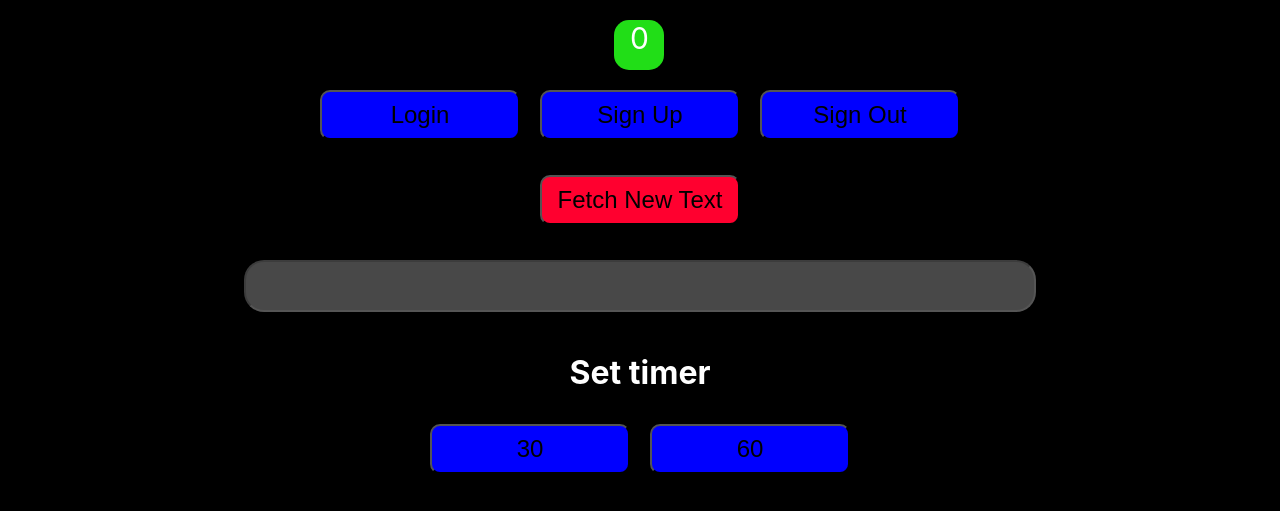
Repository: abhaysharma20233009/swiftKey
Page: / (app in frontend/my-app/)
An editor plug-in stored every save of this project. The page is shown before and after the next save, followed by the edit.
The browser window is 1280 px wide. The pictures show the whole page.
The page's requests for data from a server got no answer. The project was rebuilt for these pictures with package versions that can differ from the ones it lists, and the page was loaded fresh each time. No one was signed in, and anything a server would have sent is missing. Also part of the build but not shown: frontend/my-app/src/Results.js, frontend/my-app/src/Login.js, frontend/my-app/src/Signup.js.

Above is the page before, as saved 2024-10-11 14:57:18.

### frontend/my-app/src/App.js
//App.js

import './App.css';
import React from 'react';
import { BrowserRouter as Router, Route, Routes } from 'react-router-dom';
import Swift from './Swifts';
import Results from './Results';
import Login from './Login';
import Signup from './Signup';
const App = () => {
    return (
        <Router>
			<div className="App">
            <Routes>
                <Route path="/" element={<Swift />} />
                <Route path="/results" element={<Results />} />
                <Route path="/login" element={<Login />} />
                <Route path="/signup" element={<Signup/>}/>
            </Routes>
			</div>
        </Router>
    );
};

export default App;

### frontend/my-app/src/App.css
.App {
  text-align: center;
  color:white;
}

body{
  background-color:black;
}

.log{
  color:black;
  margin-left: 10px;
  margin-right: 10px;
  background-color: blue;
  border-radius: 10px;
  height:50px;
  width:200px;
  justify-self: end;
  font-size: x-large;
  margin-top:10px;
  margin-bottom:25px;
}




.in{
  border-radius:20px;
  font-size: 24px;
  width: 60%;
  padding: 10px;
  margin: 10px 0;
}

.hea{
  margin-top: 50px;
  margin-bottom:20px;
  margin-left:25%;
  background-color: lightgray;
  font-size: 24px;
  background-color:rgb(0, 128, 9);
  width:50%;
  height:50px;
  border-radius:30px;
  text-align: center;
}

.lo{
  text-align:center;
}
.Timer{
  height:50px;
  font-size:30px;
  margin-bottom: 10px;
  background-color:rgb(33, 222, 23);
  width:50px;
  margin-left:48%;
  border-radius: 15px;
}

.form{
  font-size: 28px;
  margin-top:80px;
  padding:5px;
  background:linear-gradient(150deg,blue,red);
  background-color:rgb(169, 90, 63);
  width:60%;
  border-radius:20px;
  margin-left:20%;
}

.logs{
  color:black;
  margin-left: 10px;
  margin-right: 10px;
  background-color: rgb(255, 0, 47);
  border-radius: 10px;
  height:50px;
  width:200px;
  justify-self: end;
  font-size: x-large;
  margin-top:10px;
  margin-bottom:25px;
}

### frontend/my-app/src/Swifts.js
import React, { useState, useEffect } from 'react';
import { useNavigate, useLocation } from 'react-router-dom';

function Swifts() {
    const [message, setMessage] = useState('');
    const [inputValue, setInputValue] = useState('');
    const [currentWordIndex, setCurrentWordIndex] = useState(0);
    const [time, setTime] = useState(0);
    const navigate = useNavigate();
    const location = useLocation();
    const [countdown, setCountdown] = useState(0);
    const [wordTyped, setWordTyped] = useState(0);
    const [isInputDisabled, setIsInputDisabled] = useState(false); // New state

    const username = location.state?.username || '';
    const email = location.state?.email || '';

    const fetchMessages = async () => {
        try {
            const response = await fetch('http://localhost:7000/random-paragraph');
            const data = await response.json();
            if (data && typeof data === 'string') {
                setMessage(data);
                setInputValue('');
                setCurrentWordIndex(0);
                setIsInputDisabled(false); // Enable input when fetching new messages
            } else {
                console.error('Invalid data format:', data);
            }
        } catch (error) {
            console.error('Error fetching messages:', error);
        }
    };
    const signout=async(req,res)=>{
        try{
        const response = await fetch('http://localhost:7000/signup', {
            method: 'DELETE',
            headers: {
                'Content-Type': 'application/json',
            },
            body: JSON.stringify({ userName: username, email}),
        });

        if (!response.ok) {
            const errorData = await response.json();
            alert(errorData.message || errorData.error);
            return;
        }


    } catch (error) {
        console.error('Error login:', error);
    }
    }
    useEffect(() => {
        fetchMessages();
    }, []);

    const handleInputChange = (e) => {
        const value = e.target.value;
        setInputValue(value);

        const words = message.split(' ');
        const currentWord = words[currentWordIndex];

        if (currentWord && currentWord.startsWith(value.trim())) {
            if (value.trim() === currentWord) {
                setCurrentWordIndex((prevIndex) => prevIndex + 1);
                setInputValue('');
            }
        }
    };

    useEffect(() => {
        if (time > 0) {
            setCountdown(time);
        }
    }, [time]);

    useEffect(() => {
        if (countdown > 0) {
            const timer = setInterval(() => {
                setCountdown((prev) => prev - 1);
            }, 1000);

            return () => clearInterval(timer);
        } else if (countdown === 0) {
            setIsInputDisabled(true); // Disable input when countdown reaches zero
        }
    }, [countdown]);

    useEffect(() => {
        if (time > 0) {
            setWordTyped((currentWordIndex * 60) / time);
            const timer = setTimeout(() => {
                navigate('/results', { state: { wordTyped, username, email } });
            }, time * 1000);

            return () => clearTimeout(timer);
        }
    }, [time, currentWordIndex, wordTyped, navigate, username, email]);

    const words = message.split(' ');
    const currentWord = words[currentWordIndex] || '';

    return (
        <div style={{ textAlign: 'center', marginTop: '20px' }}>
            <div className="Timer">{countdown}</div>
            {username && <h2>Welcome, {username}!</h2>}
            <button className="log" onClick={() => navigate('/login')}>Login</button>
            <button className="log" onClick={() => navigate('/signup')}>Sign Up</button>
            <button className="log" onClick={signout}>Sign Out</button>
            <br />
            <button className="logs" onClick={fetchMessages}>Fetch New Text</button>
            <br />
            <input
                className='in'
                type="text"
                value={inputValue}
                onChange={handleInputChange}
                placeholder={currentWord.slice(inputValue.length)}
                disabled={isInputDisabled} // Disable input based on state
            />
            <div className="lo">
                <div style={{ fontSize: '24px', marginTop: '10px', textAlign: 'center', display: 'flex', flexWrap: 'wrap' }}>
                    {words.map((word, index) => {
                        const isCurrentWord = index === currentWordIndex;
                        const isTypedWord = index < currentWordIndex;

                        return (
                            <span
                                key={index}
                                style={{
                                    padding: '0 5px',
                                    color: isCurrentWord ? 'blue' : (isTypedWord ? 'gray' : 'white'),
                                    textDecoration: isTypedWord ? 'line-through' : 'none',
                                }}
                            >
                                {word}
                            </span>
                        );
                    })}
                </div>
            </div>
            <h1>Set timer</h1>
            <button className="log" onClick={() => setTime(30)}>30</button>
            <button className="log" onClick={() => setTime(60)}>60</button>
        </div>
    );
}

export default Swifts;

Loaded but not shown: frontend/my-app/public/index.html (common file); frontend/my-app/src/index.js (common file); frontend/my-app/src/index.css (common file); frontend/my-app/src/reportWebVitals.js (common file)

After the next save:
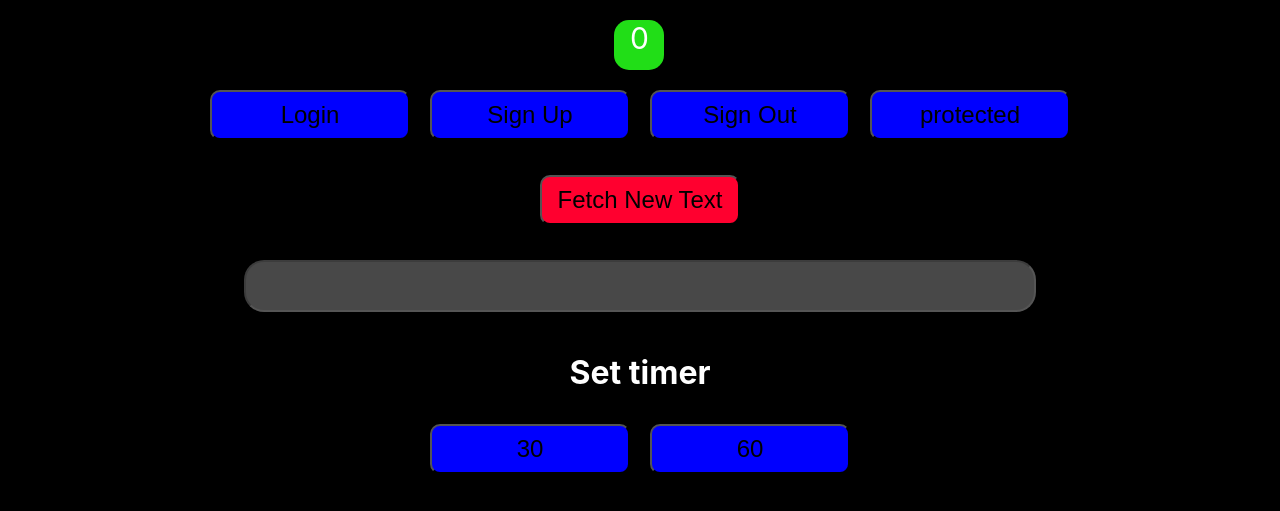
Saved 7 min 17 s later.
--- a/frontend/my-app/src/Swifts.js
+++ b/frontend/my-app/src/Swifts.js
@@ -31,6 +31,21 @@ function Swifts() {
             console.error('Error fetching messages:', error);
         }
     };
+    const pro=async ()=>{
+        await fetch('http://localhost:7000/protected-route', {
+            method: 'GET',
+            credentials: 'include', // This is important to send cookies
+        })
+        .then(response => {
+            if (response.ok) {
+                return response.json();
+            }
+            throw new Error('Not authorized');
+        })
+        .then(data => console.log(data))
+        .catch(error => console.error('Error:', error));
+
+    }
     const signout=async(req,res)=>{
         try{
         const response = await fetch('http://localhost:7000/signup', {
@@ -105,11 +120,13 @@ function Swifts() {
 
     return (
         <div style={{ textAlign: 'center', marginTop: '20px' }}>
+
             <div className="Timer">{countdown}</div>
             {username && <h2>Welcome, {username}!</h2>}
             <button className="log" onClick={() => navigate('/login')}>Login</button>
             <button className="log" onClick={() => navigate('/signup')}>Sign Up</button>
             <button className="log" onClick={signout}>Sign Out</button>
+            <button className="log" onClick={pro}>protected</button>
             <br />
             <button className="logs" onClick={fetchMessages}>Fetch New Text</button>
             <br />
